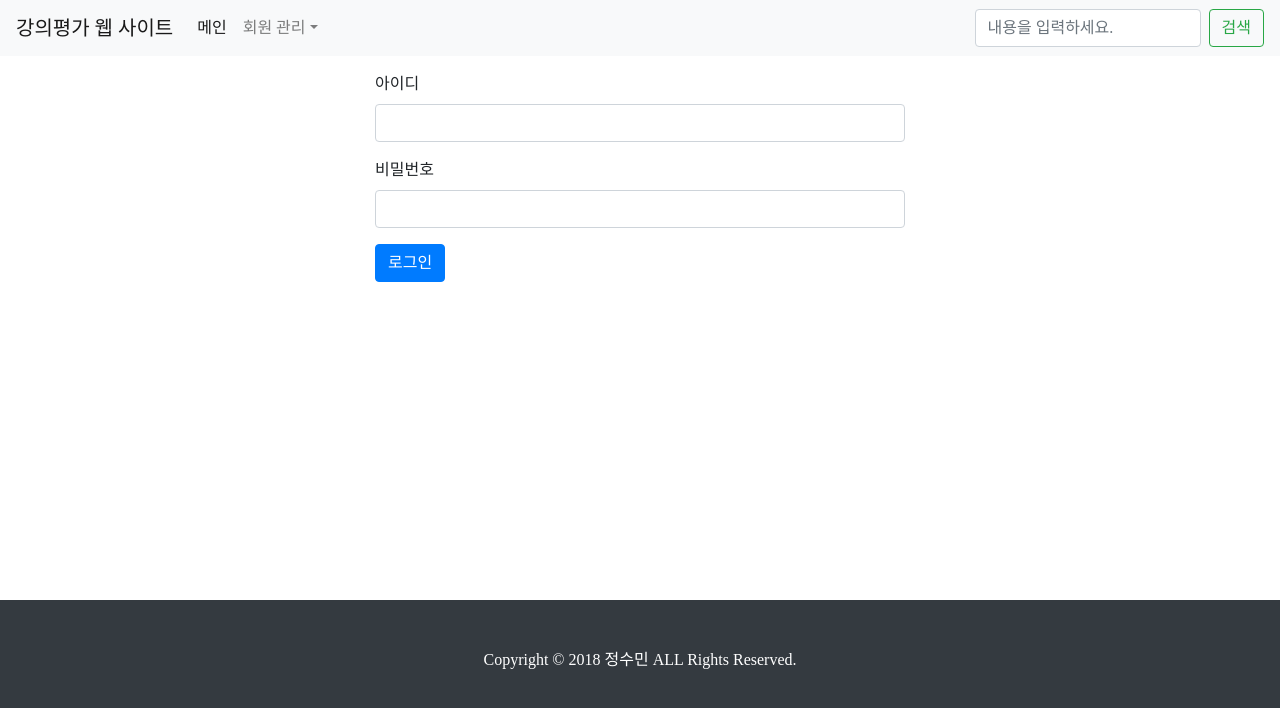
Repository: codelifee/Lecture-Evaluation-Project---java
Page: http://localhost/Lecture_Evaluation/userJoin.jsp
These files come from the project's save history. The page is drawn as it stood at one moment and after the next save; the edit follows.
The browser window is 1280 px wide. The pictures show the whole page.
Some web fonts or font styles are not loaded; a fallback is used. The page is served by Tomcat 9. Other server files are loaded and not shown.

Above is the page before, as saved 2020-08-26 01:59:54.

### Lecture Evaluation/WebContent/userJoin.jsp
<%@ page language="java" contentType="text/html; charset=UTF-8"
    pageEncoding="UTF-8"%>
<!DOCTYPE html>
<html>
<head>
	<meta http-equiv="Content-type" content="text/html" charset="UTF-8">
	<meta name="viewport" content= "width=device-width, initial-scale=1, shrink-to-fit=no">
	<title>강의평가 웹 사이트</title>
	<!--부트스트랩 CSS 추가하기-->
	<link rel="stylesheet" href="./css/bootstrap.min.css">
	<!--custom CSS 추가하기-->
	<link rel="stylesheet" href="./css/custom.css">
</head>
<body style="height: 100%;">
	<nav class="navbar navbar-expand-lg navbar-light bg-light">
		<a class="navbar-brand" href="index.jsp">강의평가 웹 사이트</a>
		<button class="navbar-toggler" type="button" data-toggle="collapse" data-target="#navbar">
			<span class="navbar-toggler-icon"></span>
		</button>
		<div id="navbar" class="collapse navbar-collapse">
			<ul class="navbar-nav mr-auto">
				<li class="nav-item active">
					<a class="nav-link" href="index.jsp">메인</a>
				</li>
				<li class="nav-item dropdown">
					<a class="nav-link dropdown-toggle" id="dropdown" data-toggle="dropdown">회원 관리</a>
					<div class="dropdown-menu" aria-labelledby="dropdown">
						<a class="dropdown-item" href="#">로그인</a>
						<a class="dropdown-item" href="#">회원가입</a>
						<a class="dropdown-item" href="#">로그아웃</a>
					</div>
				</li>
			</ul>
		</div>
		<form class="form-inline my-2 my-lg-0">
			<input class="form-control mr-sm-2" type="search" placeholder="내용을 입력하세요." aria-label="search">
			<button class="btn btn-outline-success my-2 my-sm-0" type="submit">검색</button>
		</form>
	</nav>
	<section class="container mt-3" style="max-width: 560px;">
	 	<form method="post" action="./userLoginAction.jsp">
	 		<div class="form-group">
	 			<label>아이디</label>
	 			<input type="text" name="userID" class="form-control">
	 		</div>
	 		<div class="form-group">
	 			<label>비밀번호</label>
	 			<input type="password" name="userPassword" class="form-control">
	 		</div>
	 		<botton type="submit" class="btn btn-primary">로그인</botton>
	 	</form>
	</section>
	<footer class="bg-dark mt-4 p-5 text-center fixed-bottom" style="color: #FFFFFF;">
		Copyright &copy; 2018 정수민 ALL Rights Reserved.
	</footer>
	<!-- 제이쿼리 자바스크립트 추가하기 -->
	<script src="./js/jquery.min.js"></script>
	<!-- jqeury 자바스크립트 추가하기 -->
	<script src="./js/bootstrap.min.js"></script>
	<!-- popper 자바스크립트 추가하기 -->
	<script src="./js/popper.js"></script>
</body>
</html>

### Lecture Evaluation/WebContent/css/custom.css
@import url(https://fonts.googleapis.com/earlyaccess/jejugothic.css);
@import url(https://fonts.googleapis.com/earlyaccess/hanna.css);
.navbar-brand, h1, h2, h3, h4 {
	font-family: 'jeju Gothic';
}
h5 {
	font-family: 'jeju Gothic';
	font-size: 18px;
}
body {
	font-family: 'Hanna';
}
html{
	height: 100vh;
}

Loaded but not shown: Lecture Evaluation/WebContent/css/bootstrap.min.css (library); Lecture Evaluation/WebContent/js/jquery.min.js (library); Lecture Evaluation/WebContent/js/bootstrap.min.js (library); Lecture Evaluation/WebContent/js/popper.js (library)

After the next save:
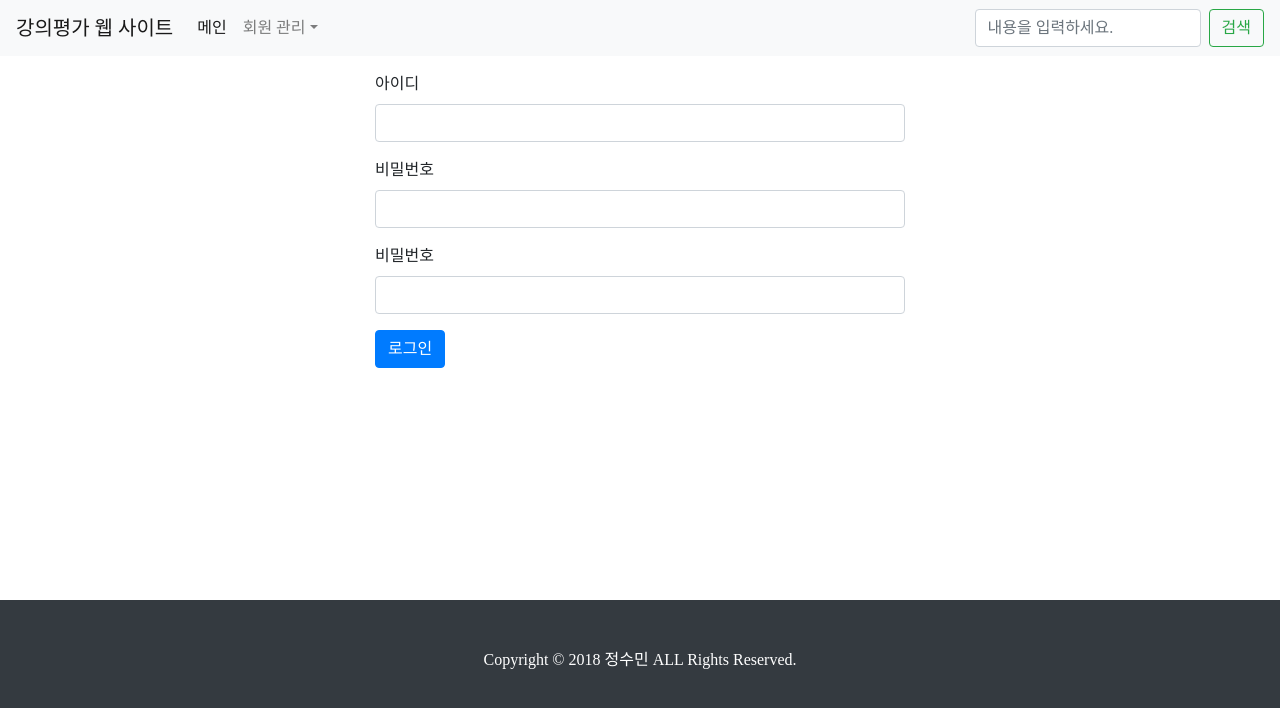
Saved 57 s later.
--- a/Lecture Evaluation/WebContent/userJoin.jsp
+++ b/Lecture Evaluation/WebContent/userJoin.jsp
@@ -47,6 +47,10 @@
 	 			<label>비밀번호</label>
 	 			<input type="password" name="userPassword" class="form-control">
 	 		</div>
+	 		<div class="form-group">
+	 			<label>비밀번호</label>
+	 			<input type="email" name="userEmail" class="form-control">
+	 		</div>
 	 		<botton type="submit" class="btn btn-primary">로그인</botton>
 	 	</form>
 	</section>
